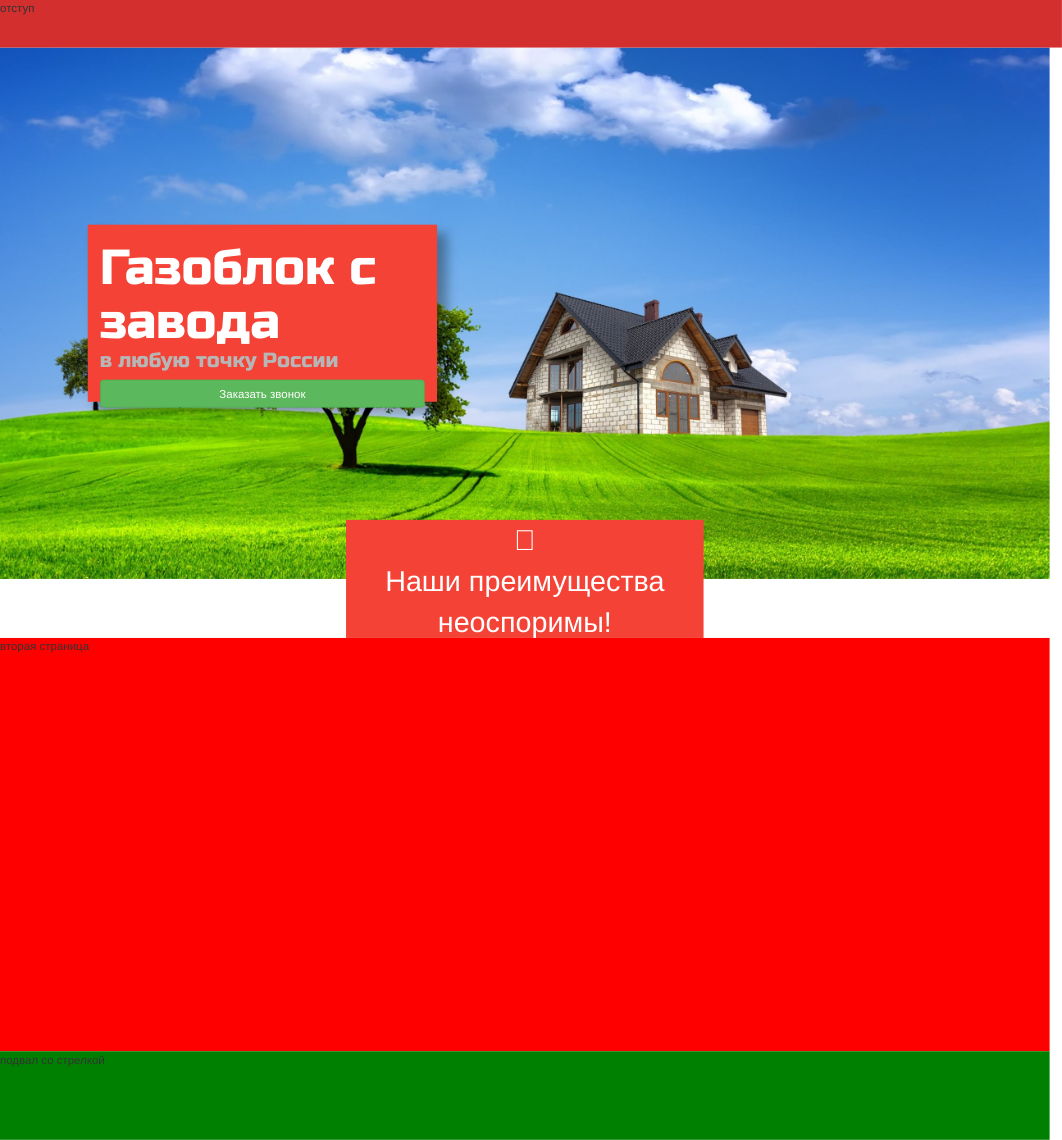
Repository: greenwtch/block
Page: index.html
The author's editor kept a record of every edit. The page is drawn from the files as they stood at one moment, then again after the next edit.
The browser window is 1280 px wide. The page is 1295 px wide, so the pictures cover 1295 px, including what lies to the right of the window. The pictures show the whole page, at 82% of full size.
Some web libraries are served in a nearby version.

Above is the page before.

### index.html
<!DOCTYPE html>
<html lang="en">
  <head>
    <meta charset="utf-8">
    <link href='https://fonts.googleapis.com/css?family=Russo+One&subset=latin,cyrillic' rel='stylesheet' type='text/css'>
    <meta http-equiv="X-UA-Compatible" content="IE=edge">
    <meta name="viewport" content="width=device-width, initial-scale=1">
    <title>Bootstrap 101 Template</title>

    <!-- Bootstrap -->
    <link href="css/bootstrap.css" rel="stylesheet">
    <link href="css/style.css" rel="stylesheet">

    <!-- HTML5 Shim and Respond.js IE8 support of HTML5 elements and media queries -->
    <!-- WARNING: Respond.js doesn't work if you view the page via file:// -->
    <!--[if lt IE 9]>
      <script src="https://oss.maxcdn.com/libs/html5shiv/3.7.0/html5shiv.js"></script>
      <script src="https://oss.maxcdn.com/libs/respond.js/1.4.2/respond.min.js"></script>
    <![endif]-->
  </head>
  <body>



    <div class="container-fluiid">
        <div class="row " >
            <div class="col-lg-12 header">
                   отступ
            </div>

        </div>

    </div>

    <div class="container-fluid body1">
        <div class="row">
            <div class="col-lg-4 col-lg-offset-1 container1" >
                <h1 class="mainH1">Газоблок с завода <br>
                    <p id="underH1">в любую точку России</p>
                </h1>
                <button class="btn btn-success btn-large btn-block zvonok">Заказать звонок</button>
             </div>

        </div>
    </div>

    <div class="container-fluiid">
        <div class="row">
                <div class="col-lg-4 col-lg-offset-4 body1footer">
                   <p id="footerText"><span class="glyphicon-chevron-down strelka"></span><br> Наши преимущества неоспоримы!</p>
                </div>
        </div>
    </div>

    <div class="container-fluiid body2">
        <div class="row">
                <div class="col-lg-12">
                    вторая страница
                </div>
        </div>
    </div>
    <div class="container-fluiid body2footer">
        <div class="row">
                <div class="col-lg-12">
                    подвал со стрелкой
                </div>
        </div>
    </div>



    <!-- jQuery (necessary for Bootstrap's JavaScript plugins) -->
    <script src="https://ajax.googleapis.com/ajax/libs/jquery/1.11.0/jquery.min.js"></script>
    <!-- Include all compiled plugins (below), or include individual files as needed -->
    <script src="js/bootstrap.js"></script>
  </body>
</html>

### css/style.css

.header {

    height: 8vh;
    background-color: #D32F2F;

}
.body1{
    height: 90vh;
    background-image: url("house.jpg");
    background-size: cover;
    background-position: center center;

}
.body1footer{
    background-color: #F44336;
    height: 20vh;
    margin-top:-10vh;
}
#footerText{
    color: #fff;
    font-size: 35px;
    text-align: center;
}
.container1{

    margin-top: 30vh;
    height: 30vh;
    background-color: #F44336;

    -webkit-box-shadow: 11px 11px 13px 1px rgba(0,0,0,0.34);
    -moz-box-shadow: 11px 11px 13px 1px rgba(0,0,0,0.34);
    box-shadow: 11px 11px 13px 1px rgba(0,0,0,0.34);
}
.body2{
    background-color: red;
    height: 70vh;
}
.body2footer{
    background-color: green;
    height: 15vh;
}


.mainH1{
        font-family: 'Russo One', sans-serif;
    color: #fff;
    font-size: 60px;

}
#underH1{
   font-size: 25px;
   color: #B6B6B6;
}

.strelka{


}

Loaded but not shown: css/bootstrap.css (library); js/bootstrap.js (library)

After the next edit:
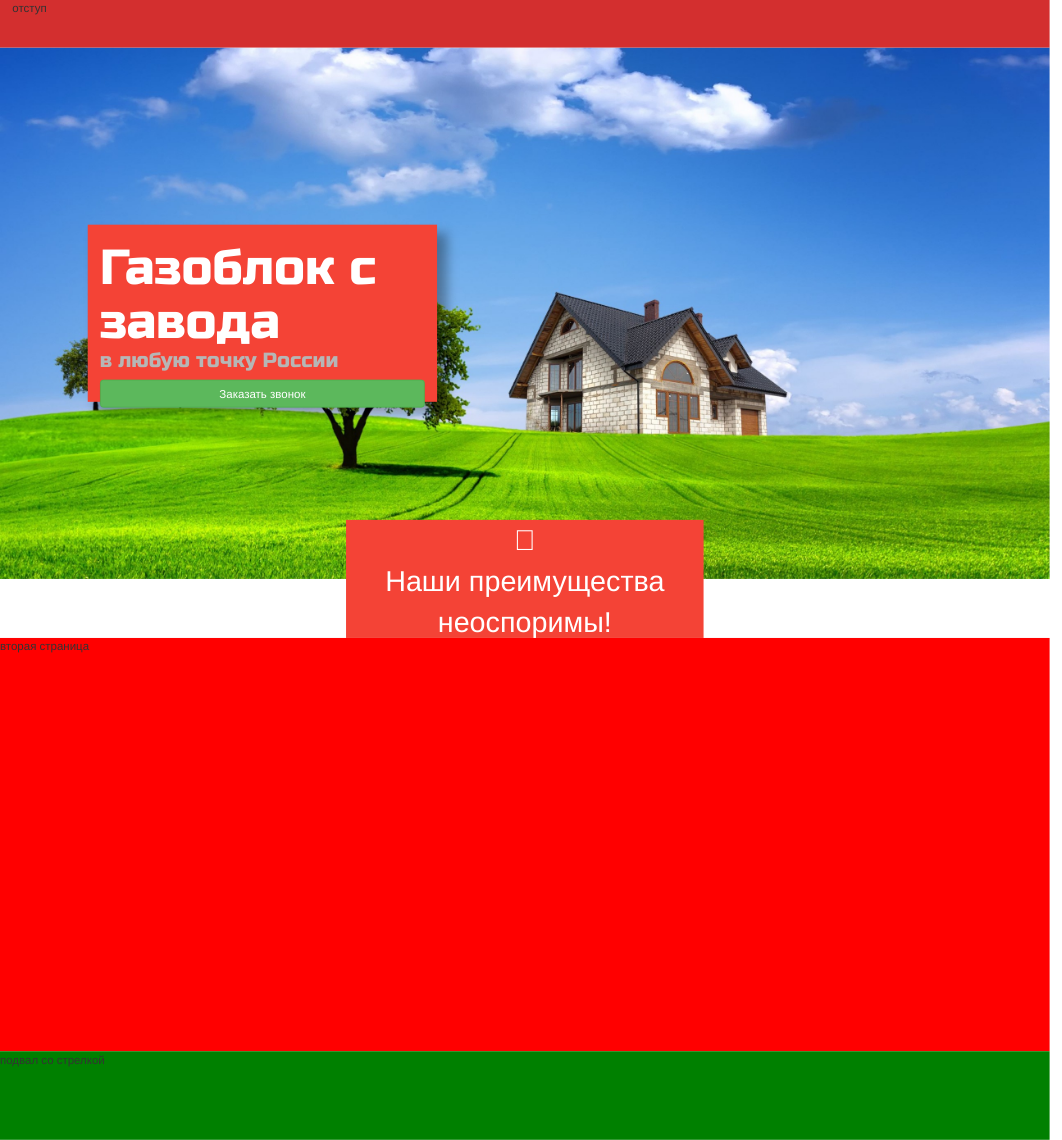
The edit:
--- a/index.html
+++ b/index.html
@@ -22,7 +22,7 @@
 
 
 
-    <div class="container-fluiid">
+    <div class="container-fluid">
         <div class="row " >
             <div class="col-lg-12 header">
                    отступ
